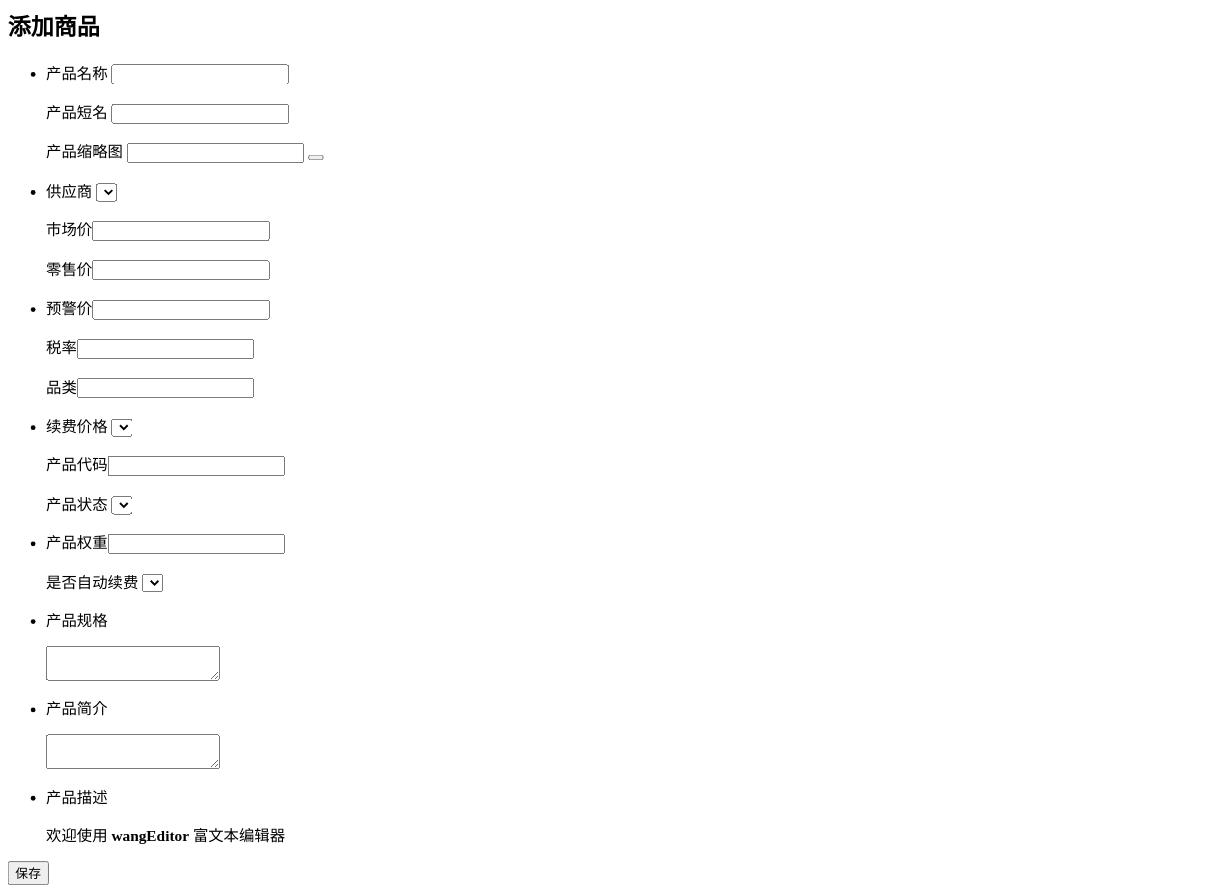
Repository: wangyan466393/racentSystem
Page: addProduct.html
The author's editor kept a copy of each file at every save. The page is drawn from the files as they stood at one save, then again after the next save.
The browser window is 1280 px wide. The pictures show the whole page, at 96% of full size.

Above is the page before, as saved 2020-08-19 21:33:57.

### addProduct.html
<div id="content_box">
    <h2>添加商品</h2>
    <div class="config_box">
        <div class="price_content">
            <ul>
                <li>
                    <p>
                        <span>产品名称</span>
                        <input type="text" >
                    </p>
                    <p>
                        <span>产品短名</span>
                        <input type="text" >
                    </p>
                    <p class="thumb_box">
                        <span>产品缩略图</span>
                        <label class="input_group">
                            <input type="text" class="form-control">
                            <span class="input-group-btn">
                                <button type="button" class="btn"></button>
                            </span>
                        </label>
                    </p>
                </li>
                <li>
                    <p>
                        <span>供应商</span>
                        <select name="" id="" class="sel">
                            <option value=""></option>
                        </select>
                    </p>
                    <p>
                        <span>市场价</span><input type="number" >
                    </p>
                    <p>
                        <span>零售价</span><input type="number" >
                    </p>
                </li>
                <li>
                    <p>
                        <span>预警价</span><input type="number" >
                    </p>
                    <p>
                        <span>税率</span><input type="number" >
                    </p>
                    <p>
                        <span>品类</span><input type="text" >
                    </p>
                </li>
                <li>
                    <p>
                        <span>续费价格</span>
                        <select name="" id="" class="sel">
                            <option value=""></option>
                        </select>
                    </p>
                    <p>
                        <span>产品代码</span><input type="text" >
                    </p>
                    <p>
                        <span>产品状态</span>
                        <select name="" id="" class="sel">
                            <option value=""></option>
                        </select>
                    </p>
                </li>
                <li>

                    <p>
                        <span>产品权重</span><input type="text">
                    </p>
                    <p>
                        <span>是否自动续费</span>
                        <select name="" id="" class="sel">
                            <option value=""></option>
                        </select>
                    </p>
                </li>
                <li>
                    <p> <span>产品规格</span></p>
                    <textarea class="e_content description"></textarea>
                </li>
                <li>
                    <p> <span>产品简介</span></p>
                    <textarea class="e_content description"></textarea>

                </li>
                <li>
                    <p> <span>产品描述</span></p>
                    <div id="editor" style="width: 100%;">
                        <p>欢迎使用 <b>wangEditor</b> 富文本编辑器</p>
                    </div>

                </li>
            </ul>
        </div>
    </div>
</div>
<div class="email_back_btn">
    <button type="button">保存</button>
</div>

After the next save:
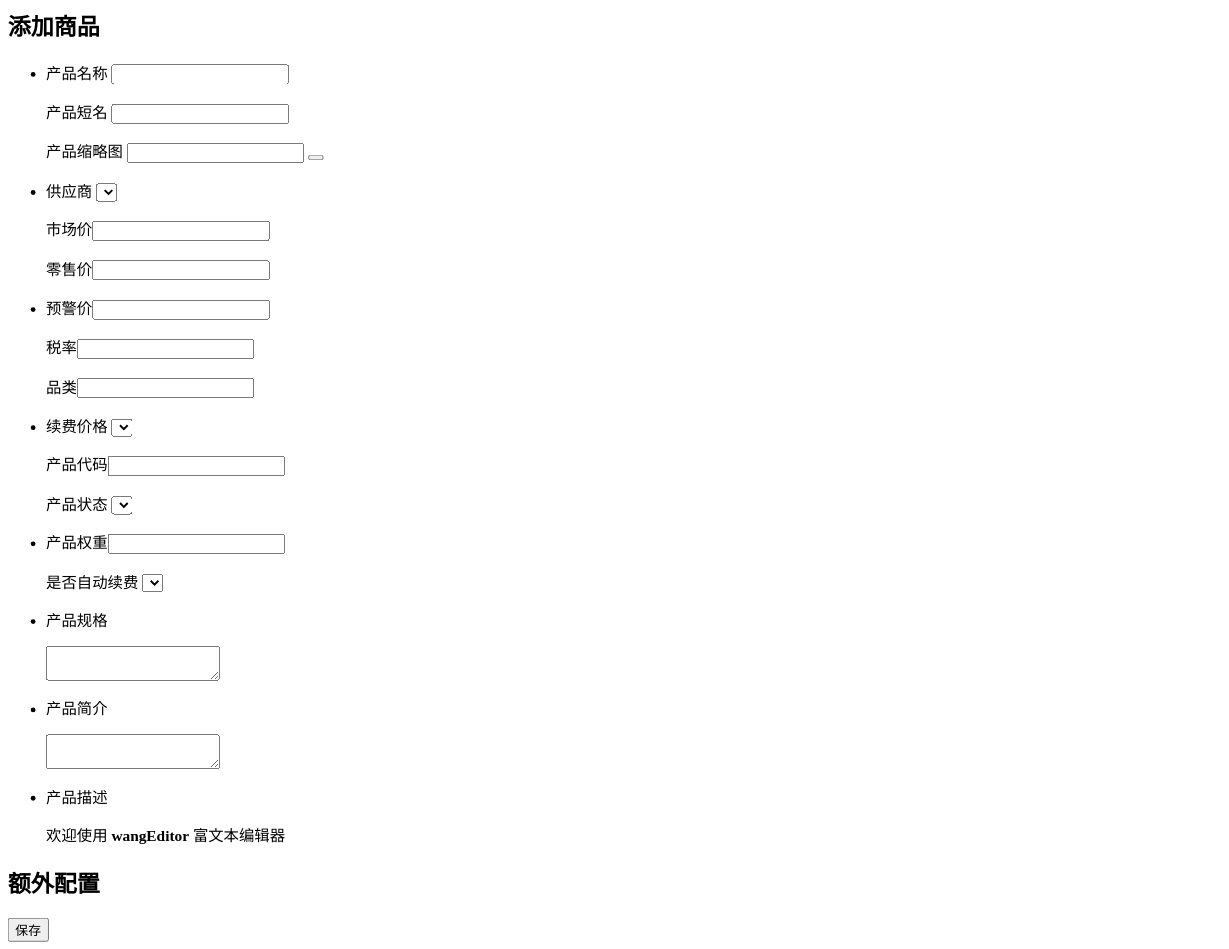
Saved 68 s later.
--- a/addProduct.html
+++ b/addProduct.html
@@ -95,6 +95,9 @@
             </ul>
         </div>
     </div>
+    <div>
+        <h2>额外配置</h2>
+    </div>
 </div>
 <div class="email_back_btn">
     <button type="button">保存</button>
